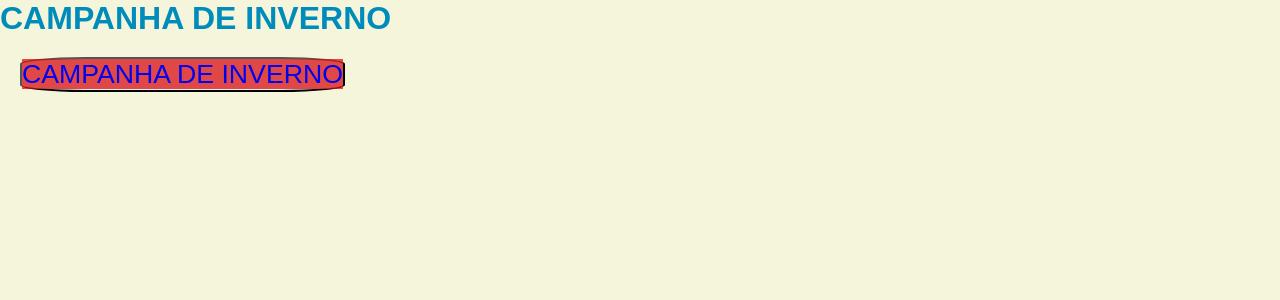
Repository: adrtrvs/qrcodeong
Page: campaignall.html
An editor plug-in stored every save of this project. The page is shown before and after the next save, followed by the edit.
The browser window is 1280 px wide. The pictures show the whole page.
Some web fonts or font styles are not loaded; a fallback is used.

Above is the page before, as saved 2023-05-26 09:41:13.

After the next save:
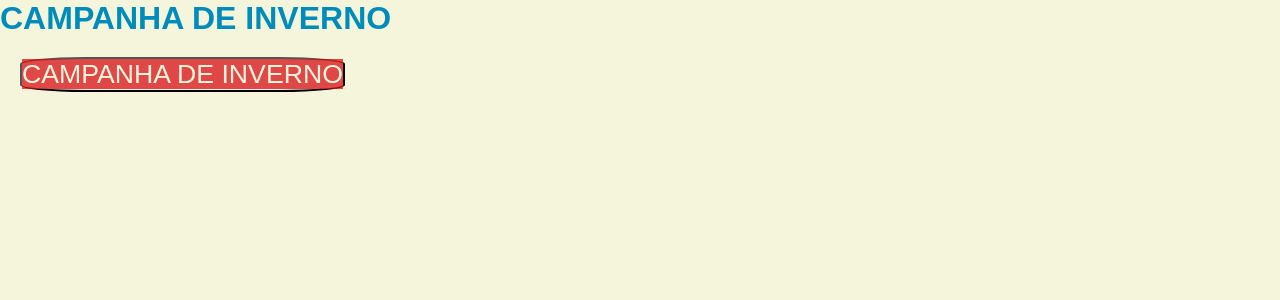
Saved 18 s later.
--- a/style.css
+++ b/style.css
@@ -168,6 +168,7 @@ div.trocorockn {
   text-decoration: none;
   text-transform: uppercase;
   font-size: 2em;
+  color: #f5f5dc;
   background-color: rgba(219, 10, 10, 0.73);
   animation: animate 2s linear infinite;
   font-family: 'Cuprum', sans-serif;
